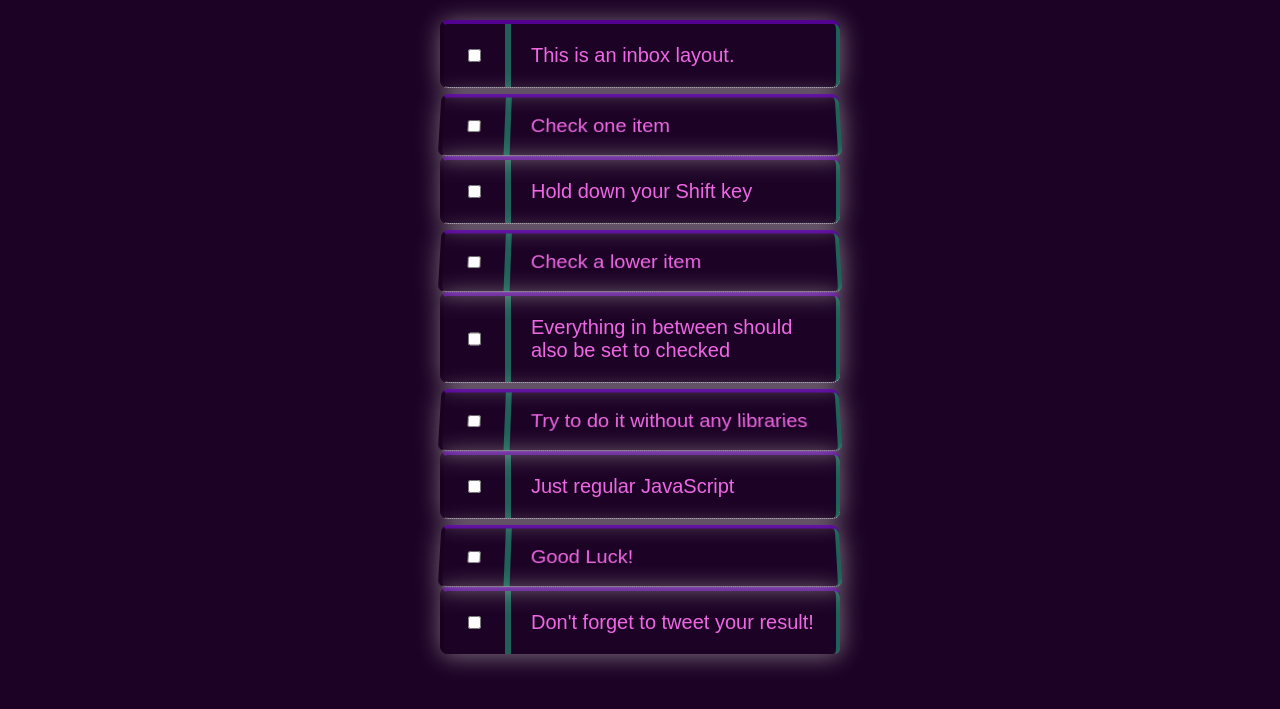
Repository: Freezler/Shift-Select-Checkboxes
Page: index.html
An editor plug-in stored every save of this project. The page is shown before and after the next save, followed by the edit.
The browser window is 1280 px wide. The pictures show the whole page.

Above is the page before, as saved 2024-09-07 23:13:24.

### index.html
<!DOCTYPE html>
<html lang="en">

<head>
  <meta charset="UTF-8">
  <title>Hold Shift to Check Multiple Checkboxes</title>
  <link rel="icon" href="https://fav.farm/🔥" />
</head>

<body>
  <style>
    :root {
      --background-color: rgb(28, 2, 37);
      --border-color: hsla(292, 94%, 6%, 0.8);

    }

    html {
      font-family: sans-serif;
      font-weight: 500;
      background: var(--background-color);
      user-select: none;
    }




    .inbox {
      max-width: 400px;
      margin: 20px auto;
      gap: 0px;
      border-radius: 5px;
      display: flex;
      flex-direction: column;
      background: var(--background-color);
    }

    .item {
      display: flex;
      transition: all 0.3s ease-in-out;
      border-inline-start: 4px solid var(--border-color);
      border-block-start: 4px solid rgba(136, 0, 255, 0.497);
      box-shadow: 1px 2px 24px rgba(244, 249, 232, 0.447);
      border-bottom: 1px dotted #F1F1F1;
      color: rgb(238, 104, 227);
      border-radius: 8px;
    }

    .item:last-child {
      border-bottom: 0;
    }



    input[type="checkbox"] {
      accent-color: #7c0529ef;
      margin: 24px;
      ;
    }

    input:checked+p {
      background: #a3045131;
      text-decoration: line-through;
      color: cornsilk;
      border-inline: 8px solid #5e057cef;
      transition: all 0.9s ease-in-out;
      border-radius: 99px;
      margin-inline: 48px;


    }



    .inbox .item:nth-child(even) {
      transform: perspective(1500px) rotateX(24deg) translateY(3px) scale(1.001);

    }

    .inbox .item:nth-child(odd) {
      transform: perspective(1500px) rotateX(-24deg) translateY (3px) scale(1.001);

    }

    .item:nth-child(odd):hover {
      transform: perspective(400px) rotateX(24deg) translateY(3px);

    }

    .item:nth-child(even):hover {
      transform: perspective(400px) rotateX(24deg) translateY(3px);

    }

    .item:nth-child(even) {
      transform: perspective(1500px) rotateX(-24deg) translateY(3px);

    }

    p {
      margin: 0;
      padding: 20px;
      transition: background 0.3s;
      flex: 1;

      font-size: 20px;
      font-weight: 200;
      border-inline: 6px solid #23cc9178;
      border-inline-end: 4px solid #23cc9178;
      border-start-end-radius: 6px;
      border-end-end-radius: 6px;
    }
  </style>
  <!--  The following is a common layout you would see in an email client.
        When a user clicks a checkbox, holds Shift, and then clicks another checkbox a few rows down, all the checkboxes in between those two checkboxes should be checked.

  -->
  <div class="inbox">
    <div class="item">
      <input type="checkbox">
      <p>This is an inbox layout.</p>
    </div>
    <div class="item">
      <input type="checkbox">
      <p>Check one item</p>
    </div>
    <div class="item">
      <input type="checkbox">
      <p>Hold down your Shift key</p>
    </div>
    <div class="item">
      <input type="checkbox">
      <p>Check a lower item</p>
    </div>
    <div class="item">
      <input type="checkbox">
      <p>Everything in between should also be set to checked</p>
    </div>
    <div class="item">
      <input type="checkbox">
      <p>Try to do it without any libraries</p>
    </div>
    <div class="item">
      <input type="checkbox">
      <p>Just regular JavaScript</p>
    </div>
    <div class="item">
      <input type="checkbox">
      <p>Good Luck!</p>
    </div>
    <div class="item">
      <input type="checkbox">
      <p>Don't forget to tweet your result!</p>
    </div>
  </div>

  <script>
    const checkboxes = document.querySelectorAll('.inbox input[type="checkbox"]');

    checkboxes.forEach(checkbox => checkbox.addEventListener('click', handleCheck))

    let lastChecked;

    function handleCheck(e) {
      // check for shift-press && checked
      let inBetween = false;
      // loop over every single checkbox
      if (e.shiftKey && this.checked) {
        checkboxes.forEach(checkbox => {
          if (checkbox === this || checkbox === lastChecked) {
            inBetween = !inBetween
          }
          if (inBetween) {
            checkbox.checked = true
          }
        })
      }

      if (e.shiftKey && this.checked) {
        console.log("haha it's clicked with shift down AND checked!")
      }
      if (e.shiftKey && !this.checked) {
        console.log("haha it's clicked with shift down but not checked!")
      }
      lastChecked = this;
    }

  </script>
</body>

</html>

After the next save:
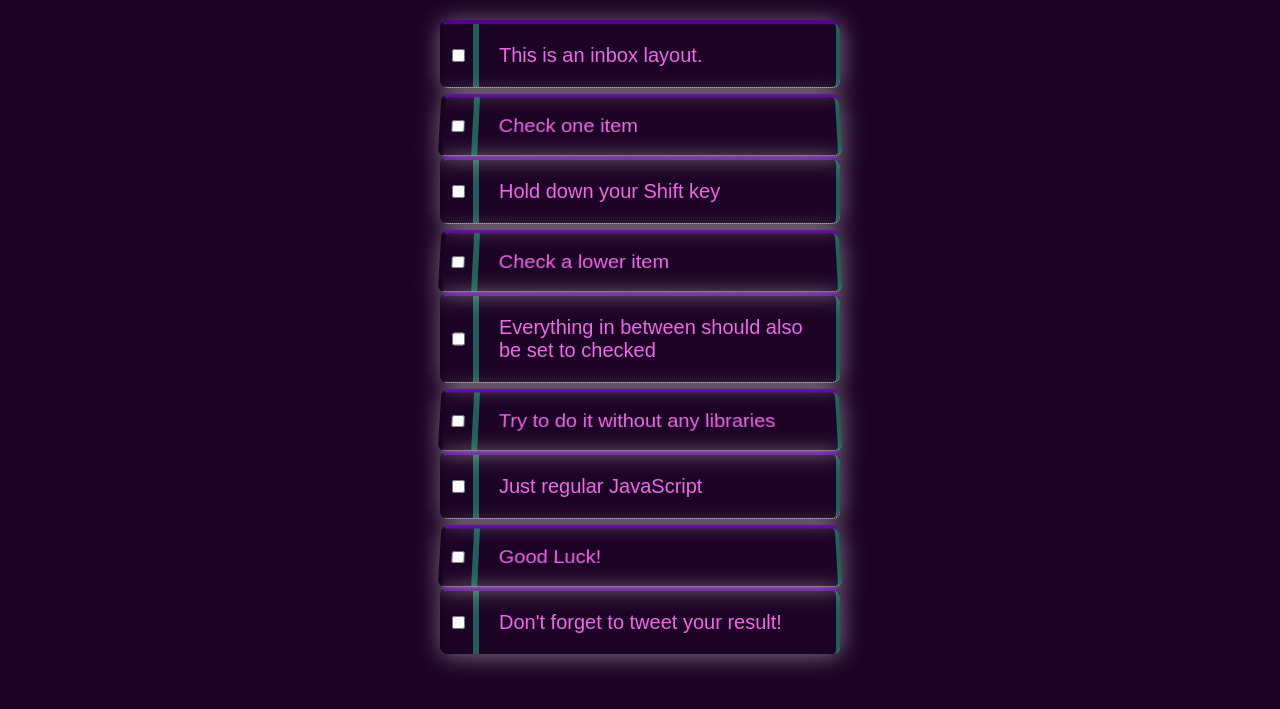
Saved 11 s later.
--- a/index.html
+++ b/index.html
@@ -54,7 +54,7 @@
 
     input[type="checkbox"] {
       accent-color: #7c0529ef;
-      margin: 24px;
+      margin: 8px;
       ;
     }
 
